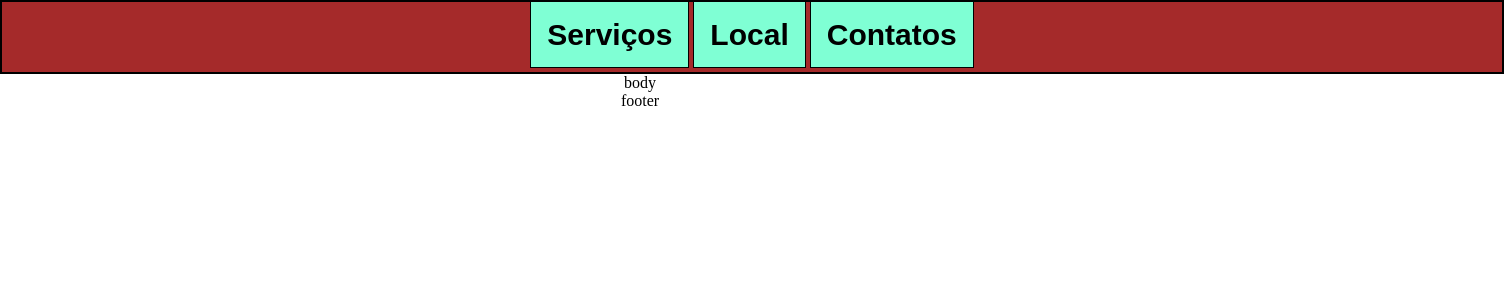
Repository: marllon-hetzler/Site-Salvatore-Barbearia
Page: home.html
These files come from the project's save history. The page is drawn as it stood at one moment and after the next save; the edit follows.
The browser window is 1280 px wide. The page is 1504 px wide, so the pictures cover 1504 px, including what lies to the right of the window. The pictures show the whole page.

Above is the page before, as saved 2023-02-18 14:14:59.

After the next save:
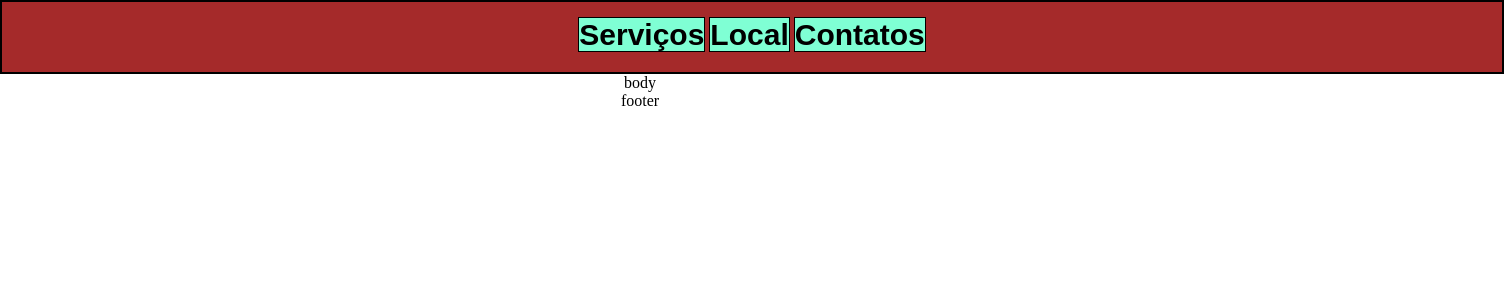
Saved 22 s later.
--- a/home.html
+++ b/home.html
@@ -31,7 +31,6 @@
     }
     a{
         border: 1px solid black;
-        padding: 1rem;
         background-color: aquamarine;
         text-align: center;
         text-decoration: none;
